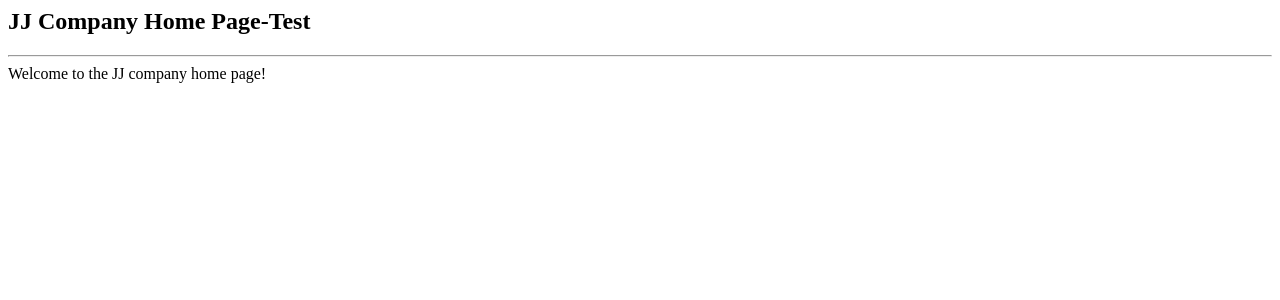
Repository: jibujacob/JavaFrameworks
Page: http://localhost/spring-security-demo-04-bootstrap-login-form/
These files come from the project's save history. The page is drawn as it stood at one moment and after a run of saves; the edit follows.
The browser window is 1280 px wide. The pictures show the whole page.
The page is served by Tomcat 9. Other server files are loaded and not shown.

Above is the page before, as saved 2021-08-30 12:43:05.

### spring-security-demo-04-bootstrap-login-form/src/main/webapp/WEB-INF/view/home.jsp
<html>

<head>
	<title>JJ Company Home Page</title>
</head>

<body>
	<h2>JJ Company Home Page-Test</h2>
	<hr>

	Welcome to the JJ company home page!

</body>

</html>

After the next 2 saves:
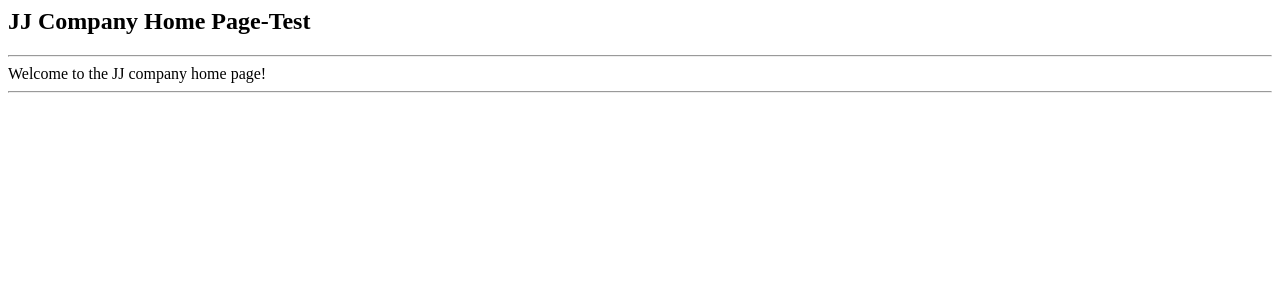
The 2 saves are shown as one change because 1 did not build or start.
The last was saved 99 s later.
--- a/spring-security-demo-04-bootstrap-login-form/src/main/webapp/WEB-INF/view/home.jsp
+++ b/spring-security-demo-04-bootstrap-login-form/src/main/webapp/WEB-INF/view/home.jsp
@@ -1,3 +1,5 @@
+<%@ taglib prefix="form" uri="http://www.springframework.org/tags/form" %>
+
 <html>
 
 <head>
@@ -9,6 +11,10 @@
 	<hr>
 
 	Welcome to the JJ company home page!
+	<hr>
+
+	<form:form action="${pageContext.request.contextPath}/logout" method="POST">
+	</form:form>
 
 </body>
 
